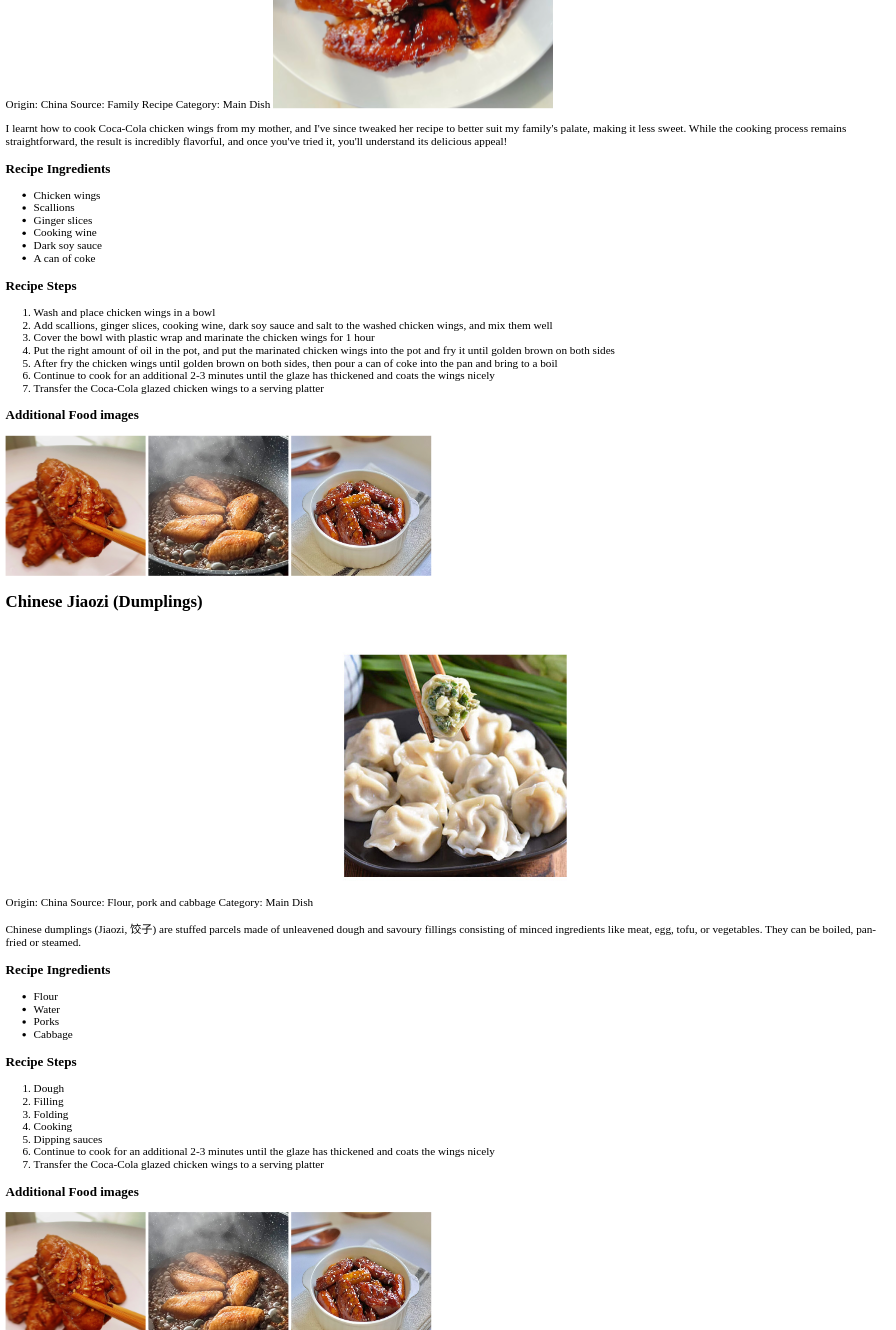
Repository: lulyany/starter_html
Page: recipes.html
The author's editor kept a copy of each file at every save. The page is drawn from the files as they stood at one save, then again after the next save.
The browser window is 1280 px wide. The pictures show the part of the page from y = 531 to 2431 px (the page is 3578 px tall before and 3542 px after), at 70% of full size.
A picture or video elsewhere on the page could not be fetched, so the positions and the page height are approximate.

Above is the page before, as saved 2023-09-16 00:54:16.

### recipes.html
<!DOCTYPE html>
<html lang="en">
<head>
    <meta charset="UTF-8">
    <meta name="viewport" content="width=device-width, initial-scale=1.0">
    <title>Recipes</title>
</head>
<body>
    <header>
        <a href="">Skip to Main Content</a>
        <nav>
            <ul>
                <li>
                    <a href="index.html">Pets</a>
                </li>
                <li>
                    <a href="travel.html">Travel</a>
                </li>
                <li>
                    <a href="recipes.html">Recipes</a>
                </li>
            </ul>
        </nav>
        </header>

    <main>
        <div>
            <h2>Coca-Cola Chicken Wings</h2>
            <span>Origin: China</span>
            <span>Source: Family Recipe</span>
            <span>Category: Main Dish</span>

            <img src="images/coca_cola_chicken_wings.jpg" width = "400" alt="Chicken wings.">
            <p>I learnt how to cook Coca-Cola chicken wings from my mother, and I've since tweaked her recipe to better suit my family's palate, making it less sweet. While the cooking process remains straightforward, the result is incredibly flavorful, and once you've tried it, you'll understand its delicious appeal!</p>
            <h3>Recipe Ingredients</h3>
            <ul>
                <li>Chicken wings</li>
                <li>Scallions</li>
                <li>Ginger slices</li>
                <li>Cooking wine</li>
                <li>Dark soy sauce</li>
                <li>A can of coke</li>
            </ul>

            <h3>Recipe Steps</h3>
            <ol>
                <li>Wash and place chicken wings in a bowl</li>
                <li>Add scallions, ginger slices, cooking wine, dark soy sauce and salt to the washed chicken wings, and mix them well</li>
                <li>Cover the bowl with plastic wrap and marinate the chicken wings for 1 hour</li>
                <li>Put the right amount of oil in the pot, and put the marinated chicken wings into the pot and fry it until golden brown on both sides</li>
                <li>After fry the chicken wings until golden brown on both sides, then pour a can of coke into the pan and bring to a boil</li>
                <li>Continue to cook for an additional 2-3 minutes until the glaze has thickened and coats the wings nicely</li>
                <li>Transfer the Coca-Cola glazed chicken wings to a serving platter</li>
            </ol>

            <h3>Additional Food images</h3>
            <img src="images/chicken_wings_chopsticks.jpg" width = "200" height="200" alt="A chicken wing picked up by chopsticks">
            <img src="images/boils_in_coke.jpg" width = "200" height="200" alt="Chicken wings boiled in coke">
            <img src="images/chicken-wings_and_rice_cake.jpg" width = "200" height="200" alt="Coca-cola chicken wings served with rice cake">

        </div>

        <div>
            <h2>Chinese Jiaozi (Dumplings)</h2>
            <span>Origin: China</span>
            <span>Source: Flour, pork and cabbage</span>
            <span>Category: Main Dish</span>

            <img src="images/jiaozi.jpeg" width = "400" alt="Some dumplings.">
            <p>Chinese dumplings (Jiaozi, 饺子) are stuffed parcels made of unleavened dough and savoury fillings consisting of minced ingredients like meat, egg, tofu, or vegetables. They can be boiled, pan-fried or steamed.
            </p>
            <h3>Recipe Ingredients</h3>
            <ul>
                <li>Flour</li>
                <li>Water</li>
                <li>Porks</li>
                <li>Cabbage</li>
            </ul>

            <h3>Recipe Steps</h3>
            <ol>
                <li>Dough</li>
                <li>Filling</li>
                <li>Folding</li>
                <li>Cooking</li>
                <li>Dipping sauces</li>
                <li>Continue to cook for an additional 2-3 minutes until the glaze has thickened and coats the wings nicely</li>
                <li>Transfer the Coca-Cola glazed chicken wings to a serving platter</li>
            </ol>

            <h3>Additional Food images</h3>
            <img src="images/chicken_wings_chopsticks.jpg" width = "200" height="200" alt="A chicken wing picked up by chopsticks">
            <img src="images/boils_in_coke.jpg" width = "200" height="200" alt="Chicken wings boiled in coke">
            <img src="images/chicken-wings_and_rice_cake.jpg" width = "200" height="200" alt="Coca-cola chicken wings served with rice cake">

        </div>

    <div>
        <h2>Double Chocolate Cookies</h2>
        <span>Origin: Michigan</span>
        <span>Source: Family Recipe</span>
        <span>Category: Dessert</span>

        <img src="images/double_chocolate_cookies.png" width = "400" alt="">
        <p>My daughter learned to make these cookies at a baking camp at Zingermanns and has tweaked the recipe to fit the taste buds of her siblings.  They are extremely sugary so the salt helps to balance it.  Note, these cookies are best eaten very quickly.</p>
        <h3>Recipe Ingredients</h3>
        <ul>
            <li>Unsalted butter</li>
            <li>Granulated Sugar</li>
            <li>Packed light or dark brown sugar</li>
            <li>Large egg</li>
            <li>Pure vanilla extract</li>
            <li>Semi-sweet chocolate chunks (melted)</li>
            <li>All-purpose flour</li>
            <li>Natural unsweetened cocoa powder</li>
            <li>Baking soda</li>
            <li>Salt</li>
            <li>Semi-sweet chocolate chunks</li>
        </ul>

        <h3>Recipe Steps</h3>
        <ol>
            <li>In a mixing bowl cream together the butter, granulated sugar, and brown sugar</li>
            <li>Add the egg and vanilla extract and beat well</li>
            <li>Add the melted chocolate</li>
            <li>In a separate bowl combine the flour, baking soda, cocoa powder and salt</li>
            <li>Combine the wet and dry ingredients</li>
            <li>Add the unmelted chocolate chunks.</li>
            <li>Form 15 cookies and place on a baking sheet.</li>
            <li>Cook for 12 to 13 minutes at 350 degrees.</li>
        </ol>

        <h3>Additional Food images</h3>
        <img src="images/double_chocolate_chips.png" width = "200" alt="A small pile of chocolate chips">
        <img src="https://images.immediate.co.uk/production/volatile/sites/30/2020/08/chocolate-d9ba778.jpg?quality=90&webp=true&resize=600,545" width = "200" alt="Chocolate melting in a boiler">
        <img src="https://upload.wikimedia.org/wikipedia/commons/8/82/Brown_sugar_examples.JPG" width = "200" alt="Brown sugar in three different shades of darkness">

    </div>
    </main>
</body>
</html>

After the next save:
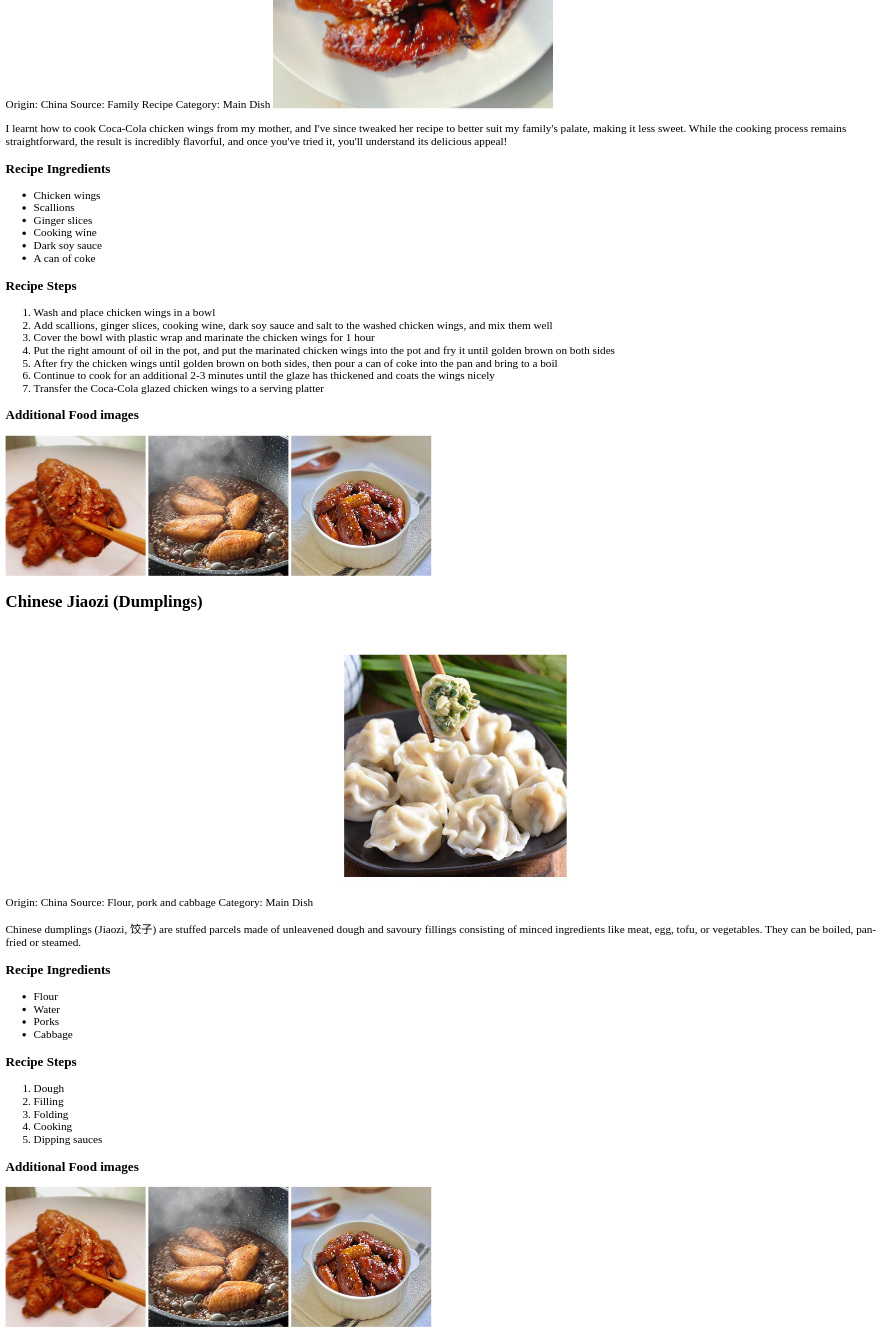
Saved 4 s later.
--- a/recipes.html
+++ b/recipes.html
@@ -84,8 +84,6 @@
                 <li>Folding</li>
                 <li>Cooking</li>
                 <li>Dipping sauces</li>
-                <li>Continue to cook for an additional 2-3 minutes until the glaze has thickened and coats the wings nicely</li>
-                <li>Transfer the Coca-Cola glazed chicken wings to a serving platter</li>
             </ol>
 
             <h3>Additional Food images</h3>
